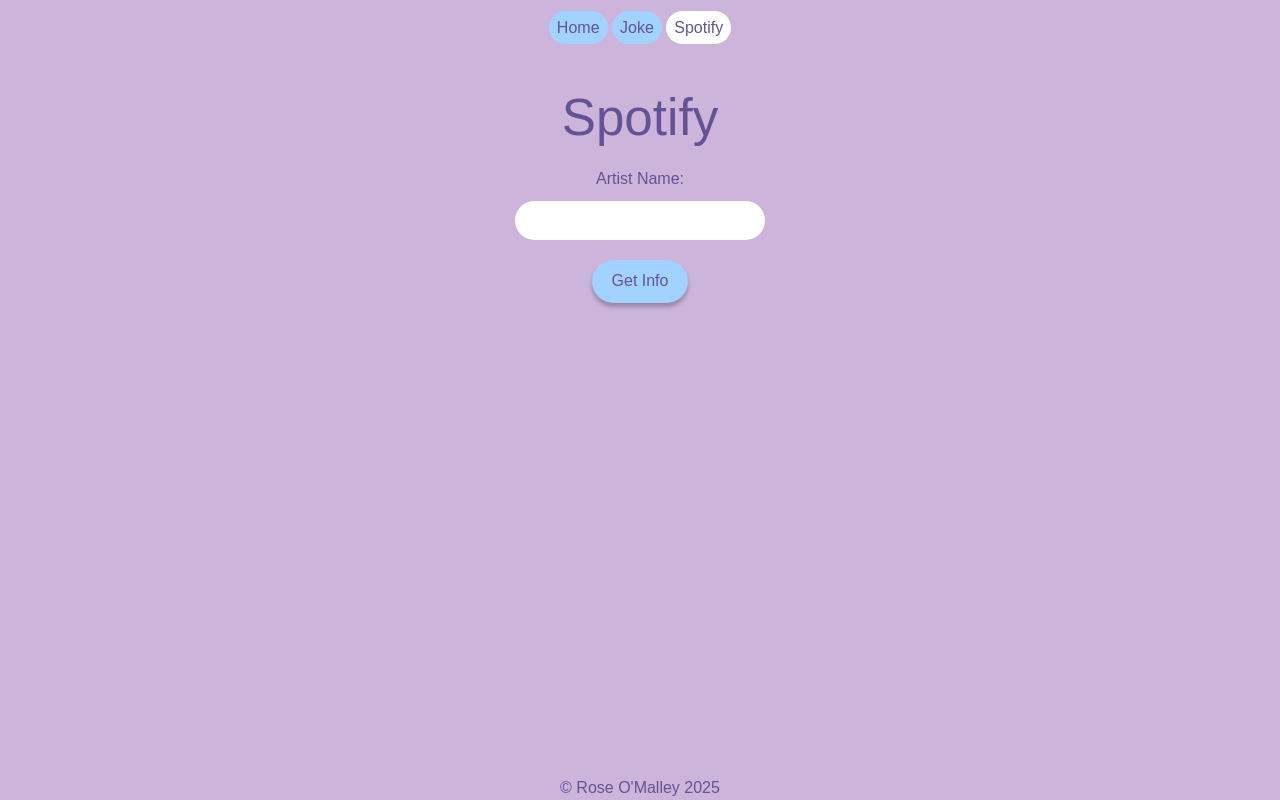
Repository: rosieomusic/spotify-react
Page: /#/spotify
These files come from the project's save history. The page is drawn as it stood at one moment and after the next save; the edit follows.
The browser window is 1280 px wide. The pictures show the whole page.
The page's requests for data from a server got no answer. Some web fonts or font styles are not loaded; a fallback is used. The project was rebuilt for these pictures with package versions that can differ from the ones it lists, and the page was loaded fresh each time. No one was signed in, and anything a server would have sent is missing. Settings that the repository does not hold, such as keys and server addresses, were given made-up values. Also part of the build but not shown: vite.config.js, src/pages/HomePage.jsx, src/components/AlbumComponent.jsx, src/services/JokeService.js, src/pages/JokePage.jsx.

Above is the page before, as saved 2025-05-22 15:27:11.

### index.html
<!DOCTYPE html>
<html lang="en">
	<head>
		<meta charset="UTF-8" />

		<meta
			name="viewport"
			content="width=device-width, initial-scale=1.0"
		/>
		<link
			rel="preconnect"
			href="https://fonts.googleapis.com"
		/>
		<link
			rel="preconnect"
			href="https://fonts.gstatic.com"
			crossorigin
		/>
		<link
			href="https://fonts.googleapis.com/css2?family=Jersey+10&display=swap"
			rel="stylesheet"
		/>
		<title>Joke and Spotify API</title>
	</head>
	<body>
		<div id="root"></div>
		<script
			type="module"
			src="/src/main.jsx"
		></script>
	</body>
</html>

### src/index.css
:root {
	font-family: system-ui, Avenir, Helvetica, Arial, sans-serif;
	line-height: 1.5;
	font-weight: 400;
	color: black;
	background-color: white;
	font-synthesis: none;
	text-rendering: optimizeLegibility;
	-webkit-font-smoothing: antialiased;
	-moz-osx-font-smoothing: grayscale;
}

h1 {
	font-size: 3.2em;
	line-height: 1.1;
}

### src/App.jsx
import './App.css';
import { HashRouter, Routes, Route, NavLink } from 'react-router-dom';

import HomePage from './pages/HomePage';
import SpotifyPage from './pages/SpotifyPage';
import JokePage from './pages/JokePage';

function App() {
	return (
		<HashRouter>
			<div id='app-container'>
				<nav>
					<NavLink
						to='/'
						className={({ isActive }) =>
							isActive ? 'nav-link active' : 'nav-link'
						}
					>
						Home
					</NavLink>{' '}
					<NavLink
						to='/joke'
						className={({ isActive }) =>
							isActive ? 'nav-link active' : 'nav-link'
						}
					>
						Joke
					</NavLink>{' '}
					<NavLink
						to='/spotify'
						className={({ isActive }) =>
							isActive ? 'nav-link active' : 'nav-link'
						}
					>
						Spotify
					</NavLink>
				</nav>

				<main>
					<Routes>
						<Route
							path='/'
							element={<HomePage />}
						/>
						<Route
							path='/joke'
							element={<JokePage />}
						/>
						<Route
							path='/spotify'
							element={<SpotifyPage />}
						/>
					</Routes>
				</main>
				<footer>&copy; Rose O'Malley 2025</footer>
			</div>
		</HashRouter>
	);
}

export default App;

### src/App.css
html,
body {
	height: 100%;
	margin: 0;
	padding: 0;
	background-color: #cdb4db;
	box-sizing: border-box;
	font-family: 'Jersey 10', sans-serif;
	color: #645394;
}
body {
	overflow-x: hidden;
}
#root {
	width: 100%;
	margin: 0 auto;
	display: flex;
	justify-content: center;
	align-items: center;
	text-align: center;
}
.spotify-wrapper {
	width: 100%;
	min-width: 100vw;
	min-height: 100vh;
	background-color: #cdb4db;
	display: flex;
	justify-content: center;
	align-items: flex-start;
}

#app-container {
	display: flex;
	flex-direction: column;
	min-height: 100vh;
	flex-grow: 1;
}
.spotify-page {
	flex-grow: 1;
	height: 100%;
	width: 100%;
	display: flex;
	flex-direction: column;
	align-items: center;
	background-color: #cdb4db;

	padding-bottom: 4rem;
}

button {
	background-color: #a2d2ff;
	border: none;
	margin-top: 20px;
	transition: box-shadow 200ms ease-in-out, transform 200ms ease-in-out;
	box-shadow: 0 4px 4px rgba(0, 0, 0, 0.25);
	font: inherit;
	cursor: pointer;
	outline: none;
	transition: border-color 0.25s;
	transform: scale(1);
	display: inline-block;
	transform-origin: center;
	padding: 0.6em 1.2em;
	font-size: 1em;
	font-weight: 500;
	border-radius: 30px;
	color: #645394;
}
button:focus {
	border: none;
	outline: none;
}
button:hover {
	transform: scale(1.05);
	box-shadow: 0 2x 2px rgba(0, 0, 0, 0.25);
}
h1,
p {
	font-weight: 100;
	justify-self: center;
	text-align: center;
	align-self: center;
	margin-bottom: 20px;
	text-wrap: wrap;
}
li {
	list-style-type: none;
}
h2 {
	text-align: center;
	padding-left: 1em;
	padding-right: 1em;
}
p {
	font-size: 22px;
}

nav {
	text-align: center;
	margin-top: 1rem;
}

.info {
	text-align: left;
	font-size: 40px;
	line-height: normal;
}
.bandImg {
	width: 100%;
	display: flex;
	max-width: 100%;
	border-radius: 70%;
	padding: 1em;
	justify-self: center;
	align-self: center;
}

.albumImg {
	width: 100%;
	max-width: 90%;
	display: grid;
	justify-self: center;
}
a {
	text-decoration: none;
	color: #645394;
	background-color: #a2d2ff;
	border-radius: 30px;
	padding: 0.5em;
}
.link {
	background-color: #cdb4db;
}
.nav-link.active {
	text-decoration: none;
	background-color: white;
	color: #645394;
}
.nav-link:hover {
	text-decoration: none;
	color: #a2d2ff;
	background-color: #645394;
}
main {
	display: flex;
	flex-direction: column;
	justify-content: center;
	align-items: center;
	text-align: center;
	height: 100%;
	box-sizing: border-box;
	margin-bottom: 0;
	padding-top: 1rem;
}
input {
	margin-top: 10px;
	border: none;
	padding: 0.5em;
	border-radius: 30px;
	font-family: 'Jersey 10', sans-serif;
	font-size: 18px;
	font-weight: 100;
	color: #645394;
}
input:focus {
	border: none;
	outline: none;
}
footer {
	background-color: #cdb4db;
}
ol {
	display: flex;
	flex-direction: column;
	margin: 20px;
	font-size: 28px;
	font-weight: 400;
	text-align: left;
	padding-inline-start: 0;
	justify-self: center;
}
a.track-link {
	background-color: none;
}
@media screen and (max-width: 768px) {
	.bandImg,
	.albumImg {
		width: 400px;
	}
}

### src/pages/SpotifyPage.jsx
import React from 'react';
import { useState, useEffect } from 'react';
import SpotifyService from '../services/SpotifyService.js';
import AlbumComponent from '../components/AlbumComponent.jsx';

export default function SpotifyPage() {
	const [token, setToken] = useState('');
	const [artistName, setArtistName] = useState('');
	const [artist, setArtist] = useState('');
	const [albums, setAlbums] = useState('');
	const [track, setTracks] = useState('');

	function handleChange(event) {
		setArtistName(event.target.value);
	}

	function getArtistInfo() {
		SpotifyService.getArtist(artistName, token).then((response) => {
			//console.log(response);
			setArtist(response.data.artists.items[0]);
		});
	}
	function getAlbumInfo() {
		SpotifyService.getAlbums(artist.id, token).then((response) => {
			//console.log(response);
			setAlbums(response.data.items);
		});
	}
	function getTopTracks() {
		SpotifyService.getTopTracks(artist.id, token).then((response) => {
			console.log(response);
			setTracks(response.data.tracks);
		});
	}
	function handleKeyPress(event) {
		if (event.key === 'Enter') {
			SpotifyService.getArtist(artistName, token).then((response) => {
				console.log(response);
				setArtist(response.data.artists.items[0]);
			});
		}
	}

	function getAuthToken() {
		SpotifyService.getAuthToken().then((response) => {
			setToken(response.access_token);
		});
	}
	useEffect(() => {
		getAuthToken();
	}, []);
	return (
		<div className='spotify-wrapper'>
			<div className='spotify-page'>
				<h1>Spotify</h1>
				<label htmlFor='artistName'>Artist Name:</label>
				<input
					type='text'
					value={artistName}
					onChange={handleChange}
					onKeyDown={handleKeyPress}
				/>
				<button onClick={getArtistInfo}>Get Info</button>
				<div id='artist'>
					{artist && (
						<div id='info'>
							{artist.images && artist.images.length > 0 && (
								<a
									className='link'
									href={artist.uri}
									target='_blank'
									rel='noopener noreferrer'
								>
									<img
										className='bandImg'
										src={artist.images[0].url}
										alt={`${artist.name} Img`}
									/>
								</a>
							)}
							<ul>
								<li className='info'>Popularity: {artist.popularity}</li>
								<li className='info'>{artist.name}</li>
								<li className='info'>Followers: {artist.followers.total}</li>
								<li>{artist.tracks}</li>
								{artist.genres && artist.genres.length > 0 && (
									<li className='info'>Genres: {artist.genres + ' '} </li>
								)}
							</ul>

							<div>
								<button onClick={getTopTracks}>Get Top Tracks</button>
							</div>
							{track && track.length > 0 && (
								<div className='top-tracks'>
									<h3>Top Tracks</h3>
									<ol>
										{track.map((t) => (
											<li key={t.id}>
												<a
													className='track-link'
													href={t.external_urls.spotify}
													target='_blank'
													rel='noopener noreferrer'
												>
													<p>{t.name}</p>
												</a>
											</li>
										))}
									</ol>
								</div>
							)}

							<div className='albums'>
								<button onClick={getAlbumInfo}>Get Albums</button>
								{albums && <AlbumComponent albums={albums} />}
							</div>
						</div>
					)}
				</div>
			</div>
		</div>
	);
}

### src/services/SpotifyService.js
import axios from 'axios';

const client_id = import.meta.env.VITE_SPOTIFY_ID;
const client_secret = import.meta.env.VITE_SPOTIFY_SECRET;
const auth_token = btoa(`${client_id}:${client_secret}`);

export default {
	getAuthToken() {
		return axios
			.post(
				'https://accounts.spotify.com/api/token',
				new URLSearchParams({
					grant_type: 'client_credentials',
				}).toString(),
				{
					headers: {
						'Content-Type': 'application/x-www-form-urlencoded',
						Authorization: 'Basic ' + auth_token,
					},
				}
			)
			.then((response) => response.data);
	},

	getArtist(artistName, token) {
		return axios.get(
			`https://api.spotify.com/v1/search?q=${artistName}&type=artist`,
			{
				headers: { Authorization: 'Bearer ' + token },
			}
		);
	},

	getAlbums(artistId, token) {
		return axios.get(`https://api.spotify.com/v1/artists/${artistId}/albums`, {
			headers: { Authorization: 'Bearer ' + token },
		});
	},
	getTopTracks(artistId, token) {
		return axios.get(
			`https://api.spotify.com/v1/artists/${artistId}/top-tracks?market=US`,
			{
				headers: { Authorization: 'Bearer ' + token },
			}
		);
	},
};

Loaded but not shown: src/main.jsx (common file)

After the next save:
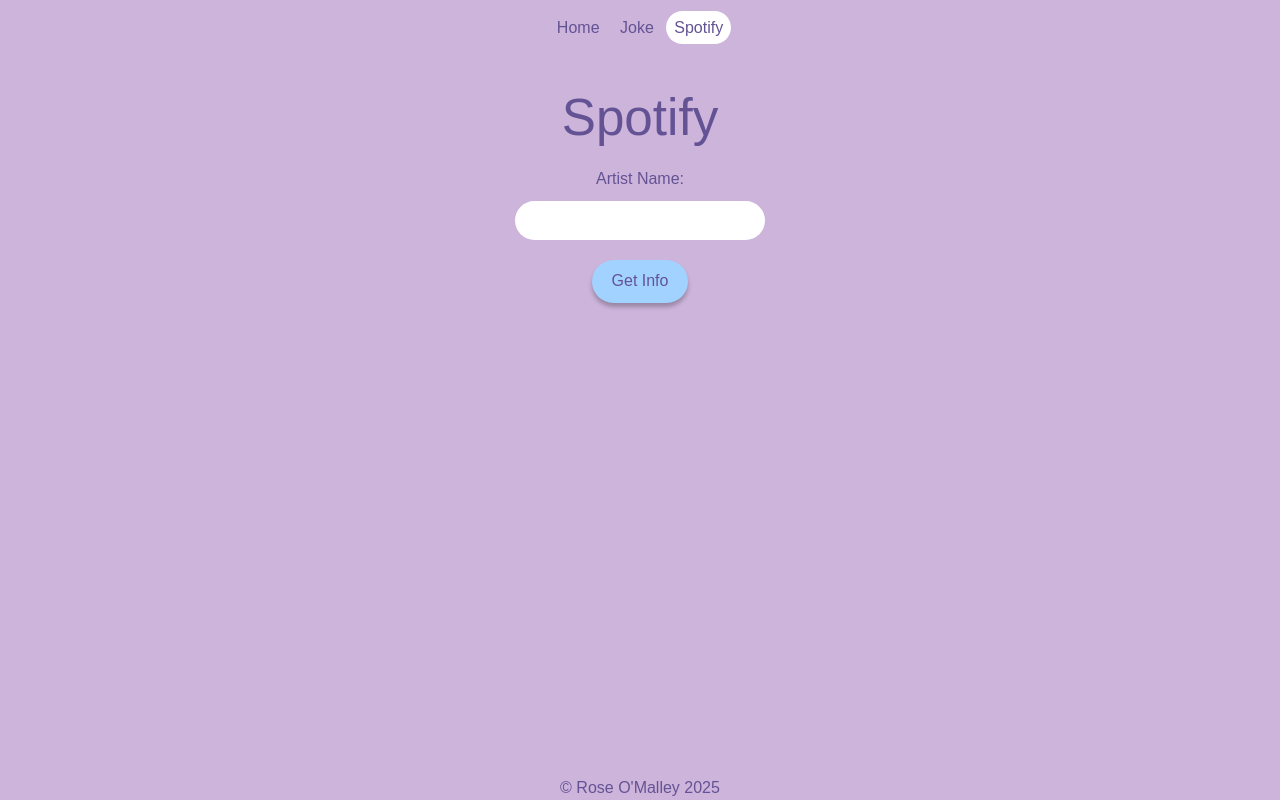
Saved 26 s later.
--- a/src/App.css
+++ b/src/App.css
@@ -124,7 +124,7 @@ nav {
 a {
 	text-decoration: none;
 	color: #645394;
-	background-color: #a2d2ff;
+
 	border-radius: 30px;
 	padding: 0.5em;
 }

After the save that followed:
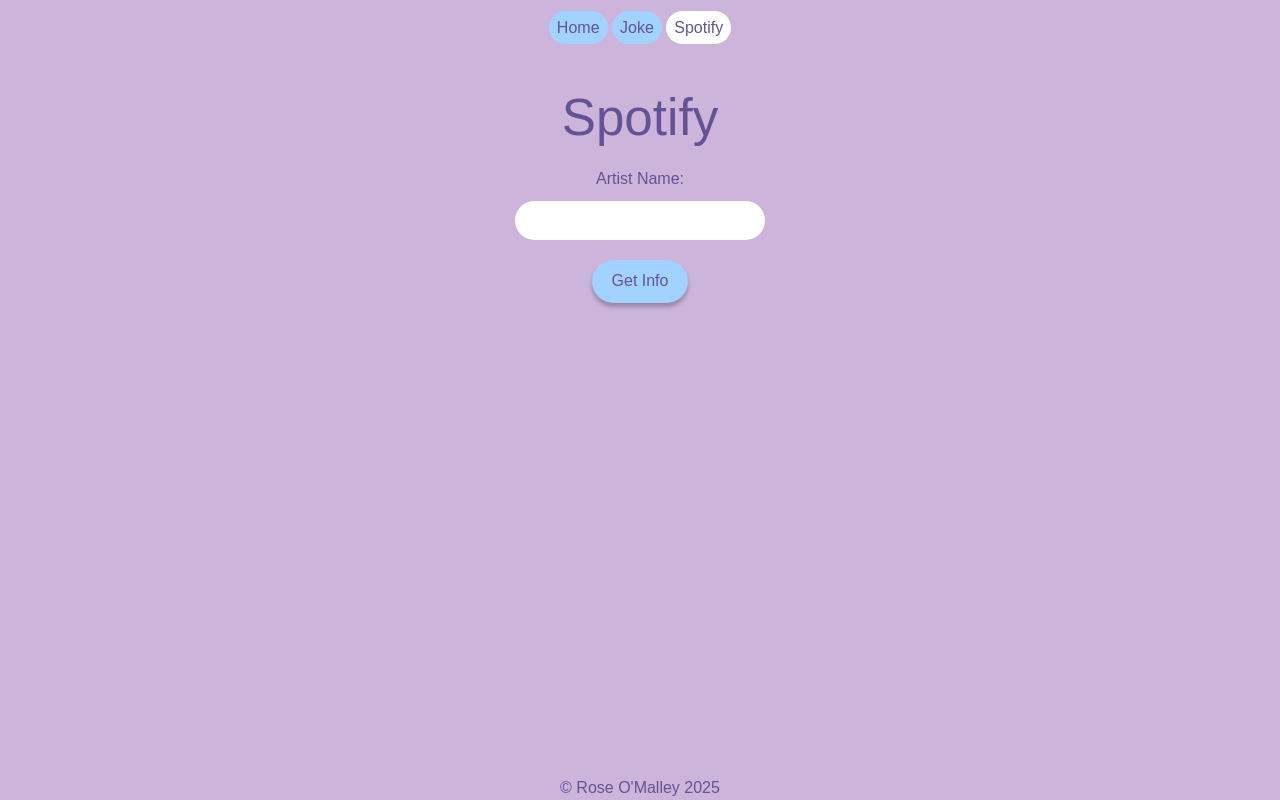
Saved 24 s later.
--- a/src/App.css
+++ b/src/App.css
@@ -124,7 +124,7 @@ nav {
 a {
 	text-decoration: none;
 	color: #645394;
-
+	background-color: #a2d2ff;
 	border-radius: 30px;
 	padding: 0.5em;
 }
@@ -179,7 +179,7 @@ ol {
 	padding-inline-start: 0;
 	justify-self: center;
 }
-a.track-link {
+.track-link {
 	background-color: none;
 }
 @media screen and (max-width: 768px) {
